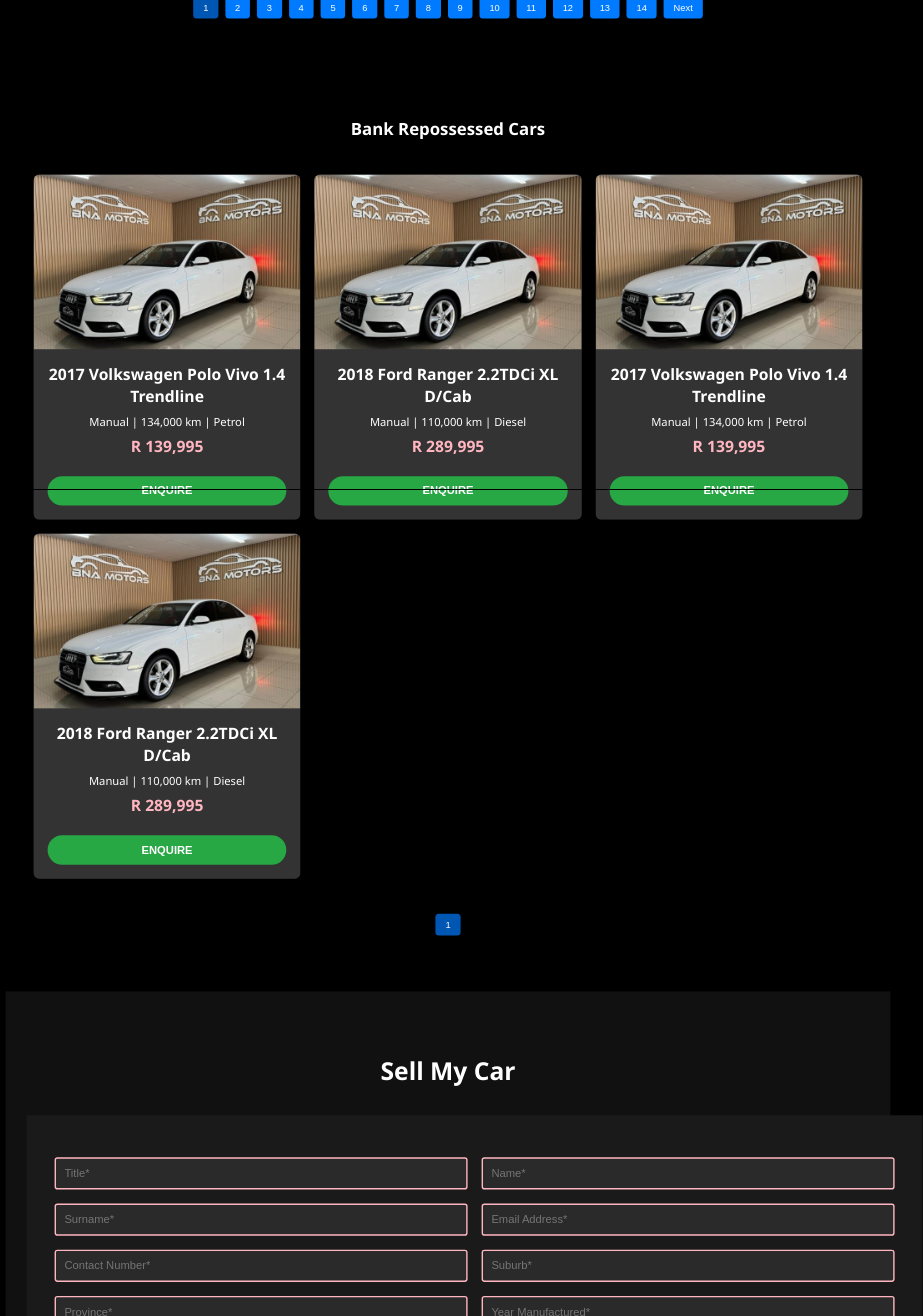
Repository: The-man-of-books/BNA2
Page: index.html
These files come from the project's save history. The page is drawn as it stood at one moment and after the next save; the edit follows.
The browser window is 1280 px wide. The page is 1318 px wide, so the pictures cover 1318 px, including what lies to the right of the window. The pictures show the part of the page from y = 2205 to 4085 px (the page is 10230 px tall before and 9717 px after), at 70% of full size.

Above is the page before, as saved 2025-07-02 19:11:14.
Console error: TypeError: Cannot set properties of null (setting 'innerHTML')

After the next save:
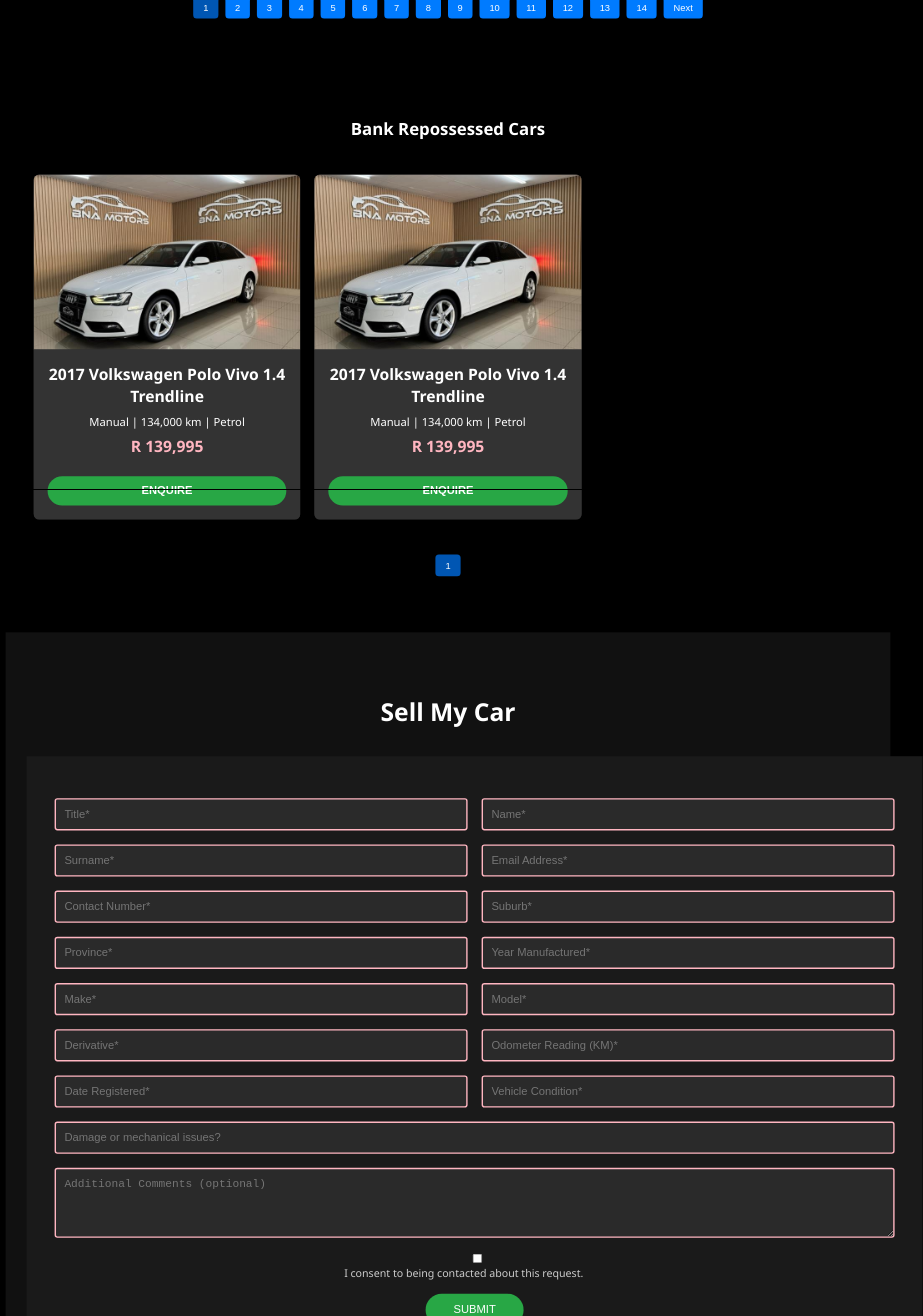
Saved 30 s later.
--- a/bank-repo-cars.json
+++ b/bank-repo-cars.json
@@ -4,11 +4,5 @@
     "desc": "Manual | 134,000 km | Petrol",
     "price": "R 139,995",
     "image": "images/BNA9122-11.jpeg"
-  },
-  {
-    "title": "2018 Ford Ranger 2.2TDCi XL D/Cab",
-    "desc": "Manual | 110,000 km | Diesel",
-    "price": "R 289,995",
-    "image": "images/BNA9122-11.jpeg"
   }
 ]
